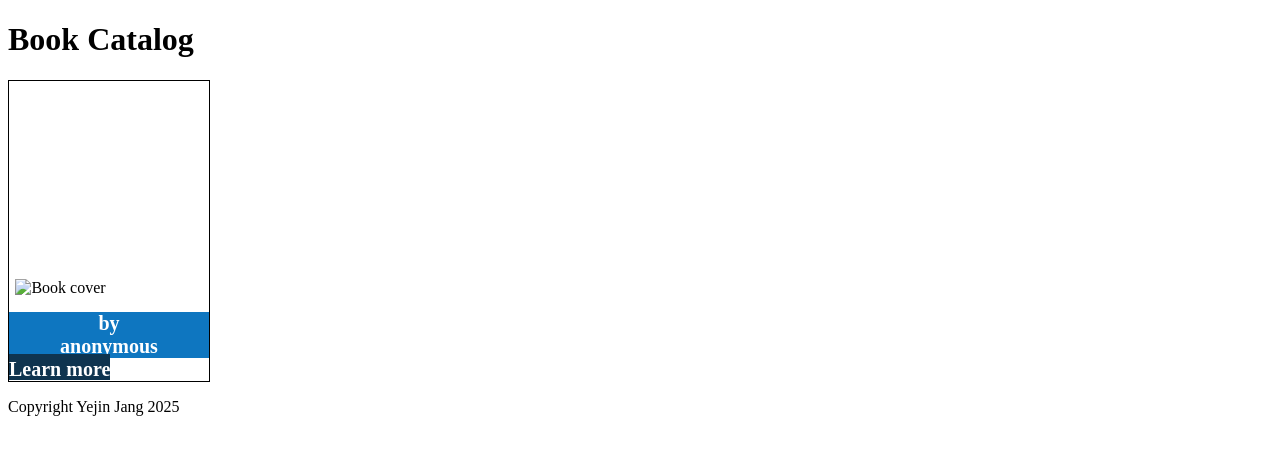
Repository: Yejin-Digital/Lab3-Assignment-BookCatalog
Page: /
The author's editor kept a copy of each file at every save. The page is drawn from the files as they stood at one save, then again after the next save.
The browser window is 1280 px wide. The pictures show the whole page.
The project was rebuilt for these pictures with package versions that can differ from the ones it lists, and the page was loaded fresh each time. Also part of the build but not shown: vite.config.js.

Above is the page before, as saved 2025-09-13 04:06:34.

### index.html
<!DOCTYPE html>
<html lang="en">
  <head>
    <meta charset="UTF-8" />
    <link rel="icon" type="image/svg+xml" href="/vite.svg" />
    <meta name="viewport" content="width=device-width, initial-scale=1.0" />
    <title>Vite + React</title>
  </head>
  <body>
    <h1>Book Catalog</h1>
    <div id="root"></div>
    <footer>
      <p class="copyright">Copyright Yejin Jang 2025</p>
    </footer>
    <script type="module" src="/src/main.jsx"></script>
  </body>
</html>

### src/index.css
html {
  font-family: 'Times New Roman', Times, serif;
}

### src/App.jsx
import BookListCard from './BookListCard';

function App() {
  return (
    <div>
      <BookListCard author="anonymous" image={'/images/9781484212615.png'} />
    </div>
  );
}

export default App;

### src/BookListCard.jsx
import './BookListCard.css';

function BookListCard(props, image) {
  return (
    <div className="bookCard">
      <div className="bookImage">
        <img src={image} alt="Book cover" />
      </div>
      <div className="bookInfo">
        <p className="bookAuthor">by</p>
        <p className="bookAuthor">{props.author}</p>
        <p className="bookAuthor"></p>
        <a>Learn more</a>
      </div>
    </div>
  );
}

export default BookListCard;

### src/BookListCard.css
.bookCard {
  flex-direction: column;
  border: solid 1px black;
  width: 200px;
  height: 300px;

  display: flex;
  justify-content: flex-end;
}

.bookImage {
  padding: 6.4px;
}
.bookCard img {
  width: 100%;
  height: auto;
  max-height: 200px;
  object-fit: cover;
  margin-bottom: 8px;
}

.bookAuthor {
  font-size: 20px;
  font-weight: bold;
  color: white;
  background-color: rgb(14, 118, 192);
  text-align: center;
  margin: 0;
}

a {
  width: 100%;
  font-size: 20px;
  font-weight: bold;
  color: white;
  background-color: rgb(15, 52, 79);
  text-align: center;
  margin: 0;
  padding: 4px 0 0;
}

Loaded but not shown: src/main.jsx (common file)

After the next save:
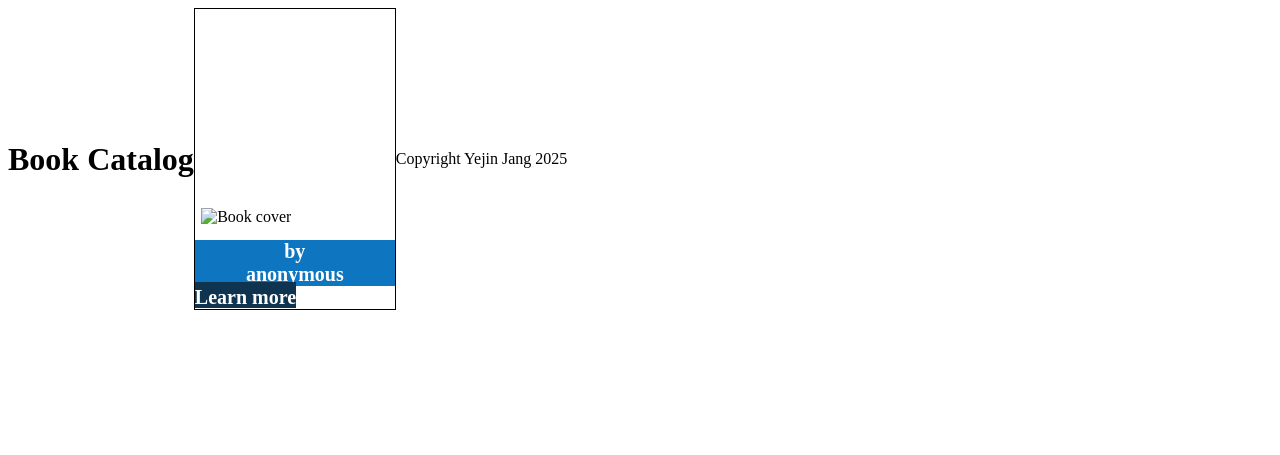
Saved 88 s later.
--- a/src/index.css
+++ b/src/index.css
@@ -1,3 +1,8 @@
 html {
   font-family: 'Times New Roman', Times, serif;
 }
+
+body {
+  display: flex;
+  align-items: center;
+}
